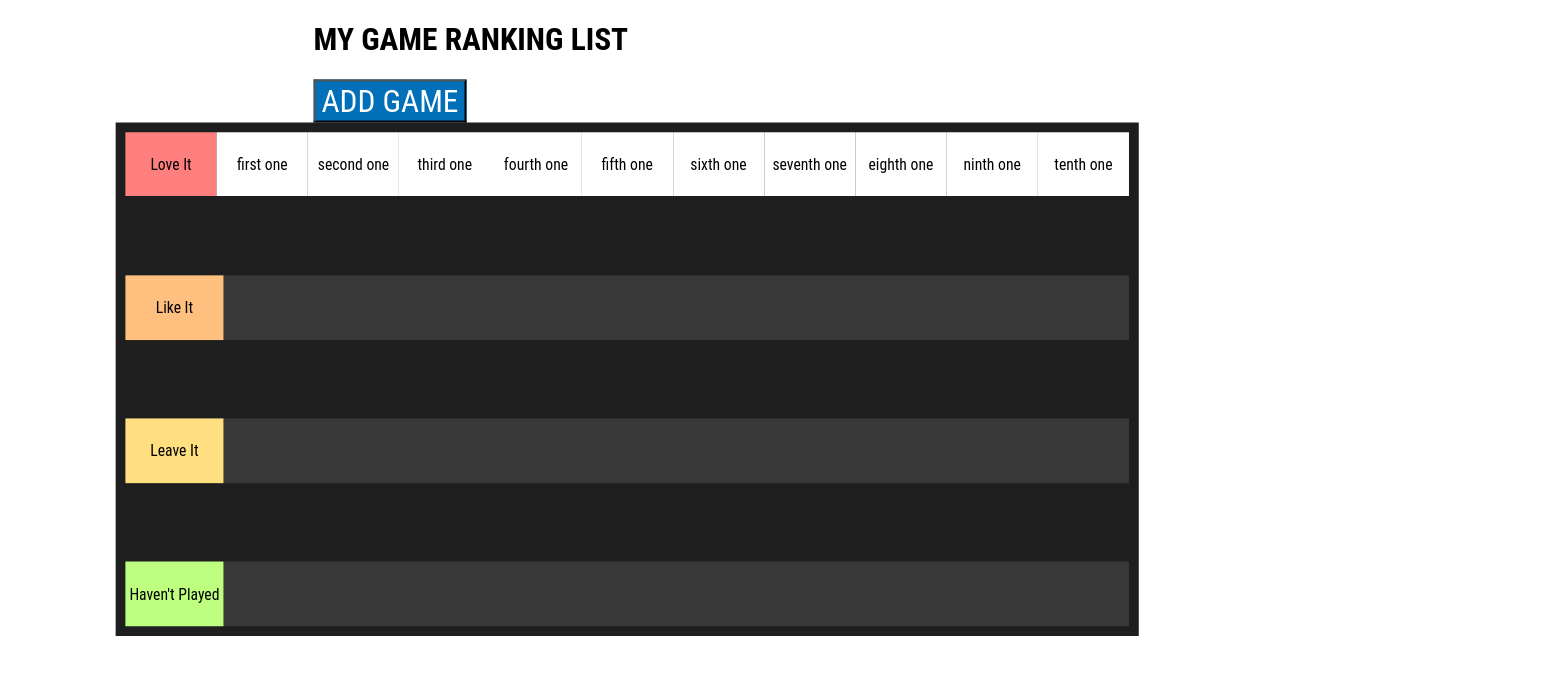
Repository: akiachenise/akiachenise.github.io
Page: JackboxGames_TierList_vanilla/index.html
These files come from the project's save history. The page is drawn as it stood at one moment and after the next save; the edit follows.
The browser window is 1280 px wide. The page is 1600 px wide, so the pictures cover 1600 px, including what lies to the right of the window. The pictures show the whole page, at 98% of full size.

Above is the page before, as saved 2022-11-26 17:30:26.

After the next save:
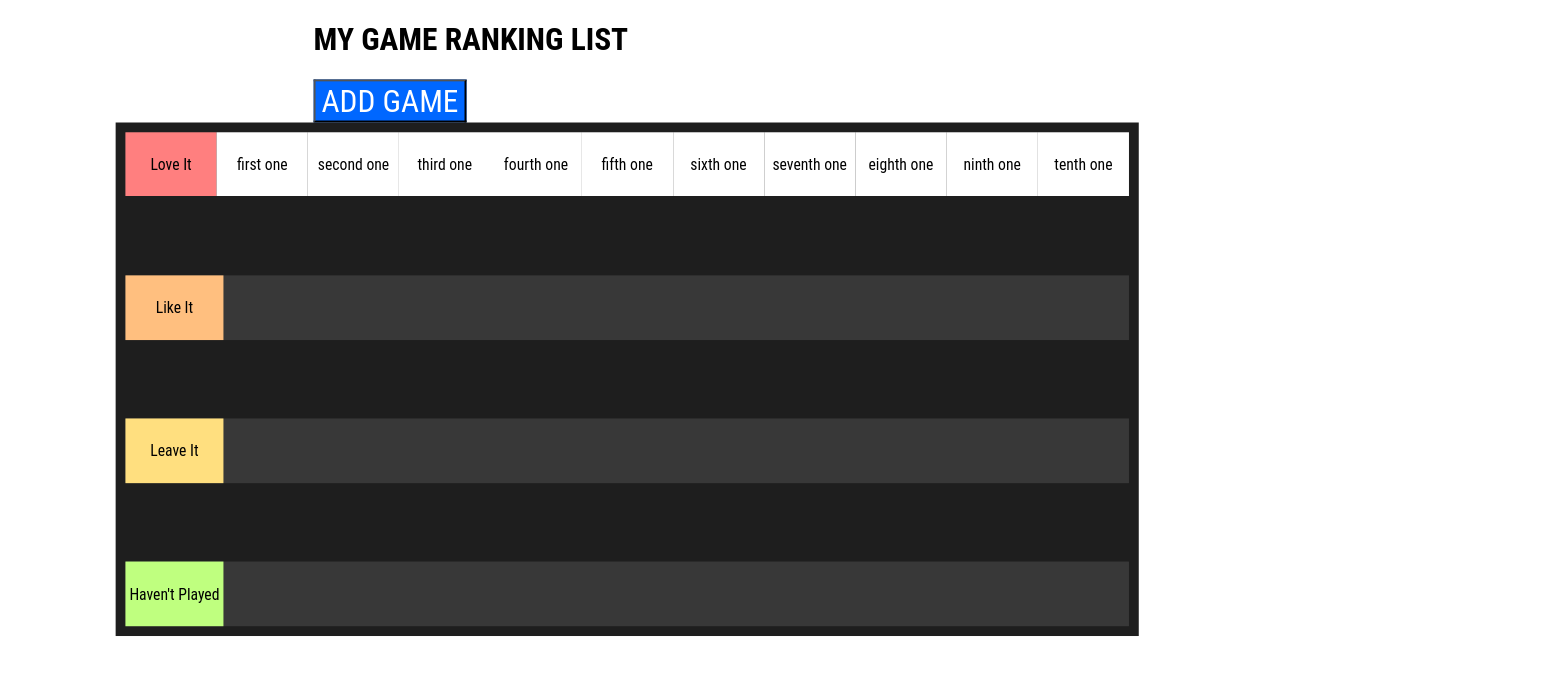
Saved 97 s later.
--- a/JackboxGames_TierList_vanilla/css/stylesheet.css
+++ b/JackboxGames_TierList_vanilla/css/stylesheet.css
@@ -23,7 +23,7 @@ button {
     font-size: 2rem;
     text-transform: uppercase;
     color: white;
-    background-color: #0170B9;
+    background: rgba(0,103,255,1);
 
 
 }
